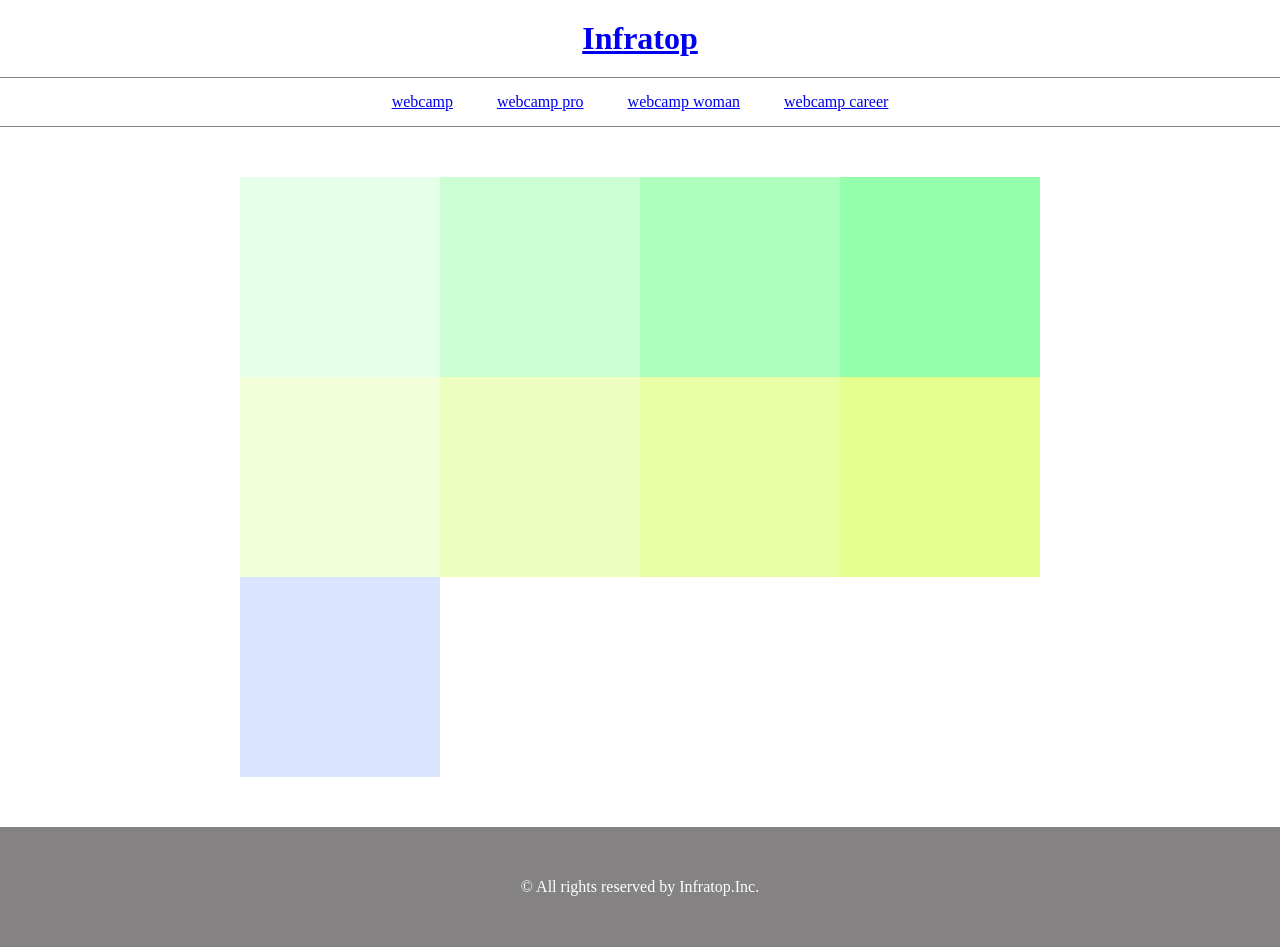
Repository: ryosei-110/HTML-CSS-
Page: 1-5exercise/index.html
The author's editor kept a record of every edit. The page is drawn from the files as they stood at one moment, then again after the next edit.
The browser window is 1280 px wide. The pictures show the whole page.

Above is the page before.

After the next edit:
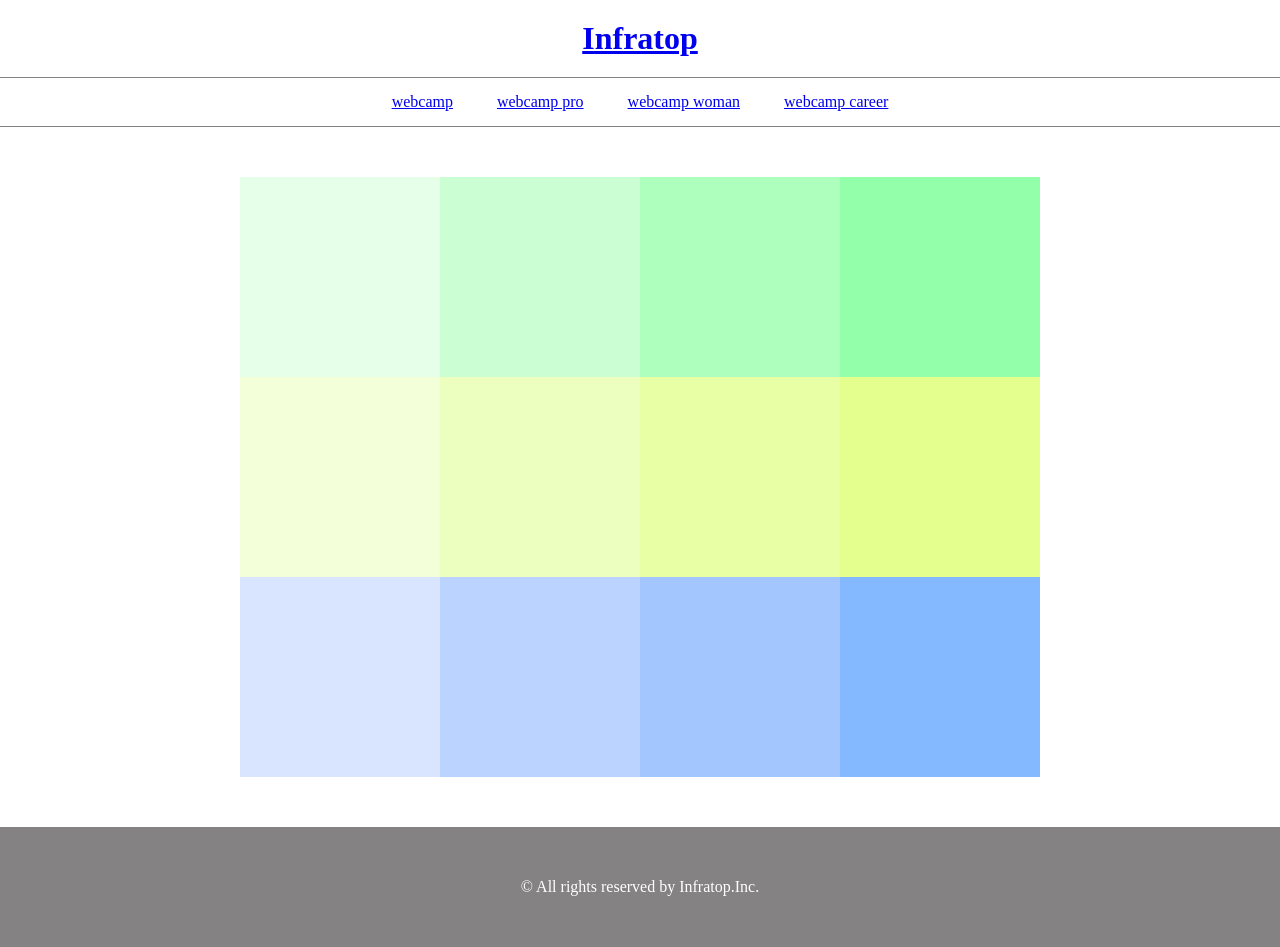
The edit:
--- a/1-5exercise/index.html
+++ b/1-5exercise/index.html
@@ -41,6 +41,9 @@
       <div class="box7"></div>
       <div class="box8"></div>
       <div class="box9"></div>
+      <div class="box10"></div>
+      <div class="box11"></div>
+      <div class="box12"></div>
     </div>
 
     <footer>
